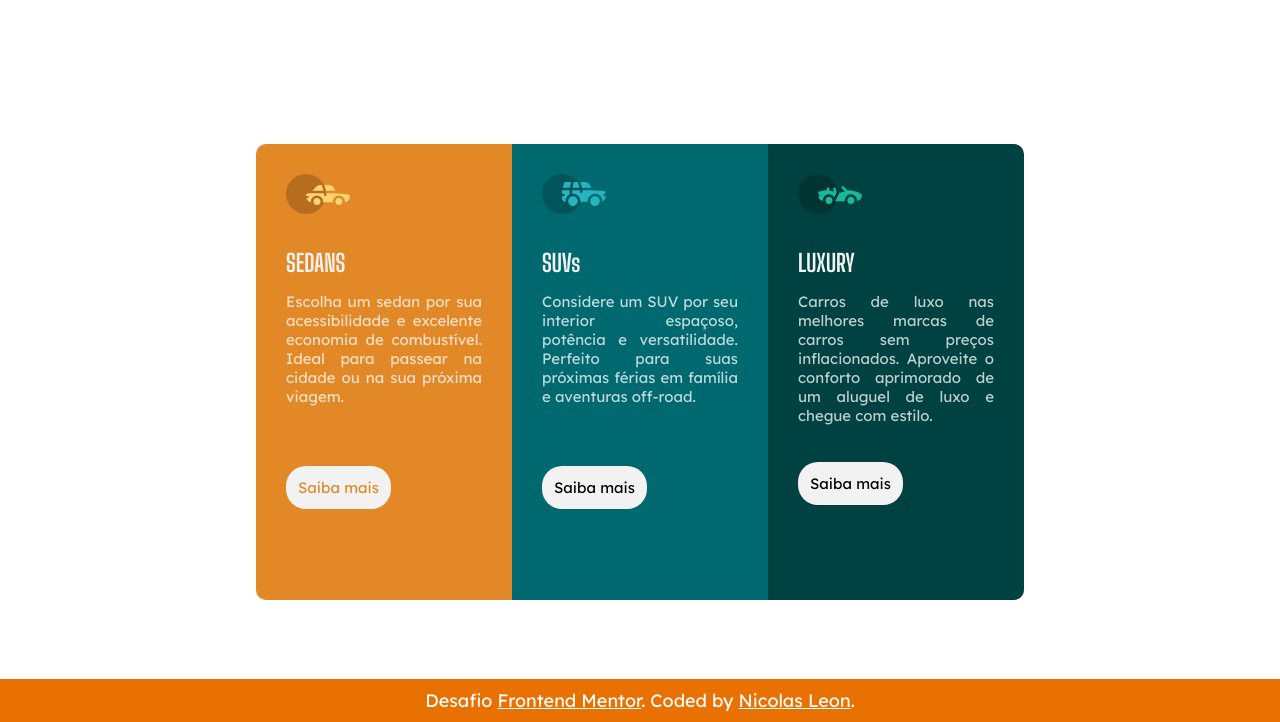
Repository: Leonngc/Car-cards
Page: index.html
The author's editor kept a copy of each file at every save. The page is drawn from the files as they stood at one save, then again after a run of saves.
The browser window is 1280 px wide. The pictures show the whole page.

Above is the page before, as saved 2023-01-17 20:00:37.

After the next 2 saves:
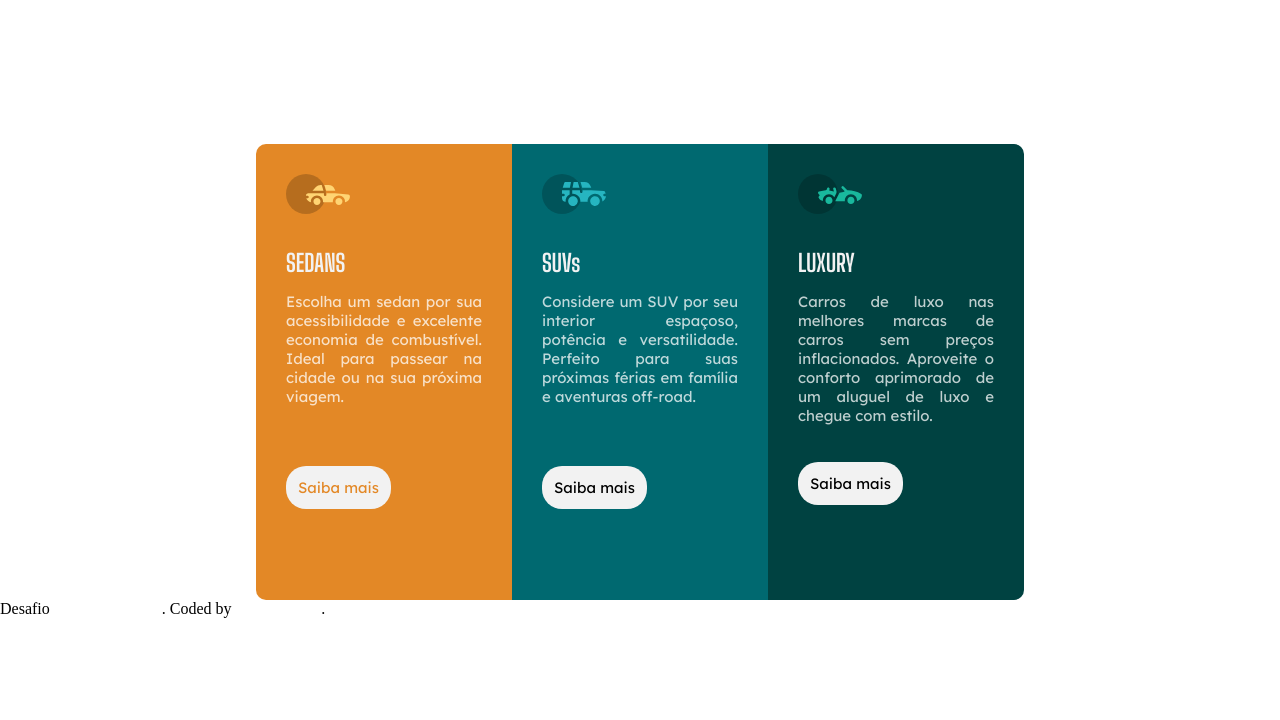
The 2 saves are shown as one change because they came seconds apart.
The last was saved 5 s later.
--- a/styles/style.css
+++ b/styles/style.css
@@ -75,6 +75,8 @@
     color: hsl(31, 77%, 52%);
 }
 
+.s
+
 
 footer > p {
   background-color: rgb(233, 113, 2);

After the save that followed:
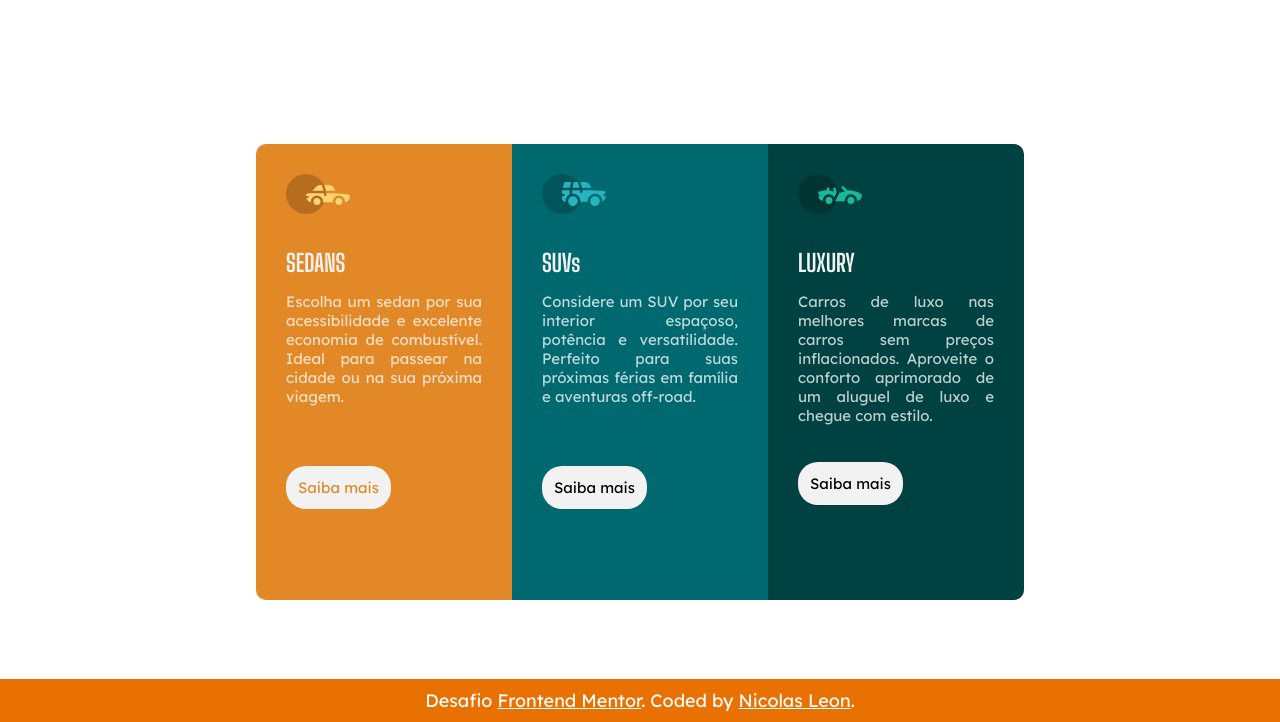
Saved 4 s later.
--- a/styles/style.css
+++ b/styles/style.css
@@ -75,7 +75,9 @@
     color: hsl(31, 77%, 52%);
 }
 
-.s
+.suv-btn{
+
+}
 
 
 footer > p {
